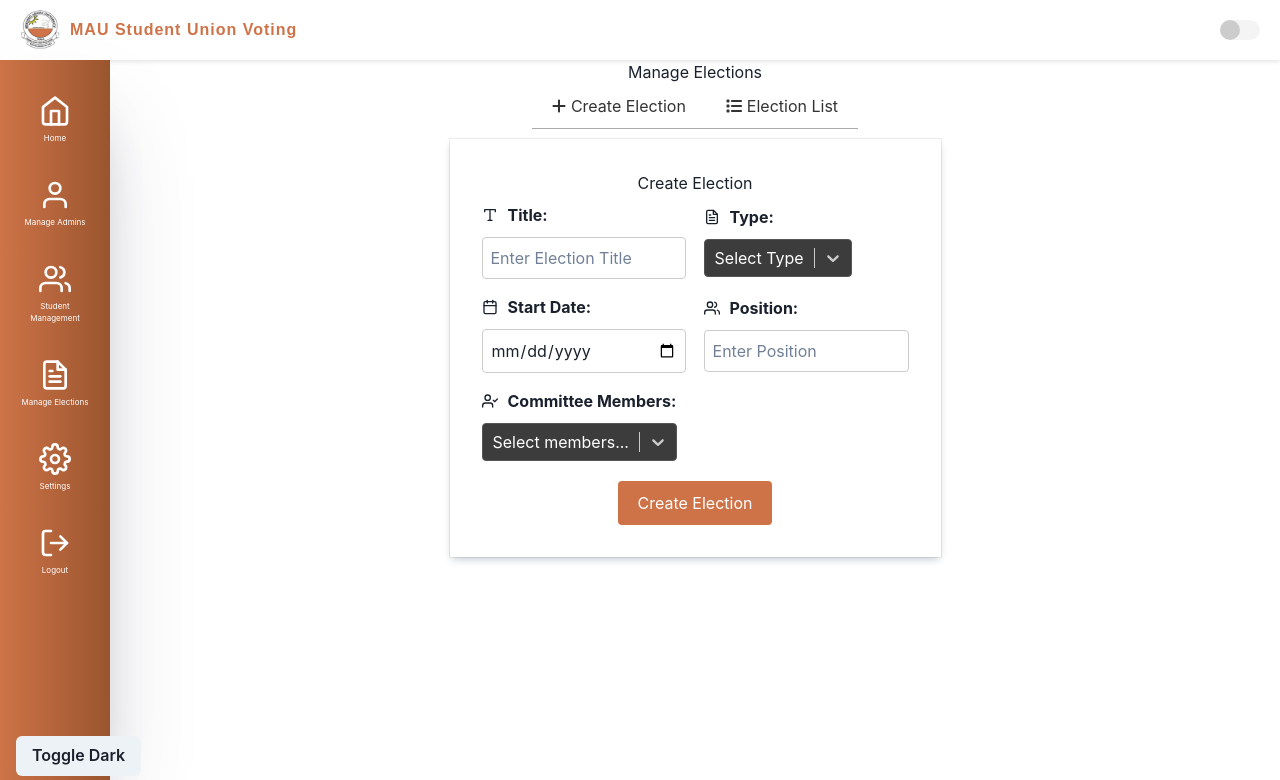
Repository: joena1o/e-vote
Page: /admin-dashboard/manage-elections
An editor plug-in stored every save of this project. The page is shown before and after the next save, followed by the edit.
The browser window is 1280 px wide. The pictures show the whole page.
The project was rebuilt for these pictures with package versions that can differ from the ones it lists, and the page was loaded fresh each time. Also part of the build but not shown: src/components/EnhancedLogin.js, src/components/maincontent/RegisterStudents/ManageStudents.js, src/components/maincontent/RegisterStudents/RegisterStudents.js, src/components/maincontent/RegisterStudents/StudentManagement.js, src/components/maincontent/ElectionResults/ViewResults.js, src/components/maincontent/Settings/Settings.js, src/api/index.js, src/components/maincontent/home/Home.styles.js and 5 more.

Above is the page before, as saved 2023-10-20 13:40:31.

After the next save:
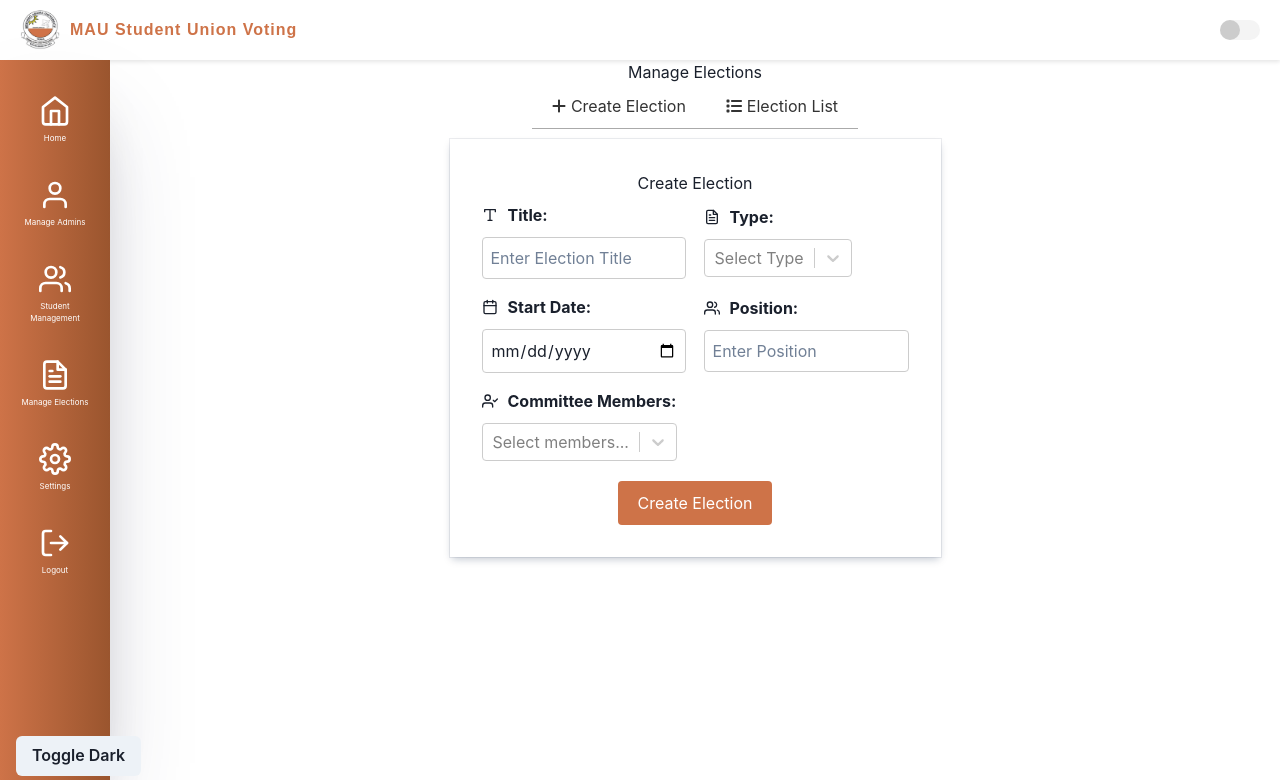
Saved 16 min 1 s later.
--- a/src/components/maincontent/ManageElections/CreateElection.js
+++ b/src/components/maincontent/ManageElections/CreateElection.js
@@ -3,31 +3,7 @@ import styled from 'styled-components';
 import Select from 'react-select';
 import { FiCalendar, FiUsers, FiFileText, FiUserCheck, FiClipboard, FiType } from 'react-icons/fi';
 
-const darkSelectStyles = {
-  menu: base => ({
-    ...base,
-    backgroundColor: '#2c2c2c',
-  }),
-  option: (base, state) => ({
-    ...base,
-    backgroundColor: state.isFocused ? '#3c3c3c' : '#2c2c2c',
-    color: '#ffffff'
-  }),
-  control: base => ({
-    ...base,
-    backgroundColor: '#3c3c3c',
-    borderColor: '#555555',
-    color: '#ffffff'
-  }),
-  singleValue: base => ({
-    ...base,
-    color: '#ffffff'
-  }),
-  placeholder: base => ({
-    ...base,
-    color: '#ffffff'
-  }),
-};
+
 
 const Form = styled.form`
   background: rgba(255,255,255,0.3);
@@ -125,7 +101,6 @@ const CreateElection = () => {
               options={electionTypeOptions}
               onChange={(option) => setElectionType(option.value)}
               placeholder="Select Type"
-              styles={darkSelectStyles}
             />
           </HalfWidthField>
         </Row>
@@ -166,7 +141,6 @@ const CreateElection = () => {
             options={students}
             onChange={setSelectedCommittee}
             placeholder="Select members..."
-            styles={darkSelectStyles}
           />
         </FormField>
 
